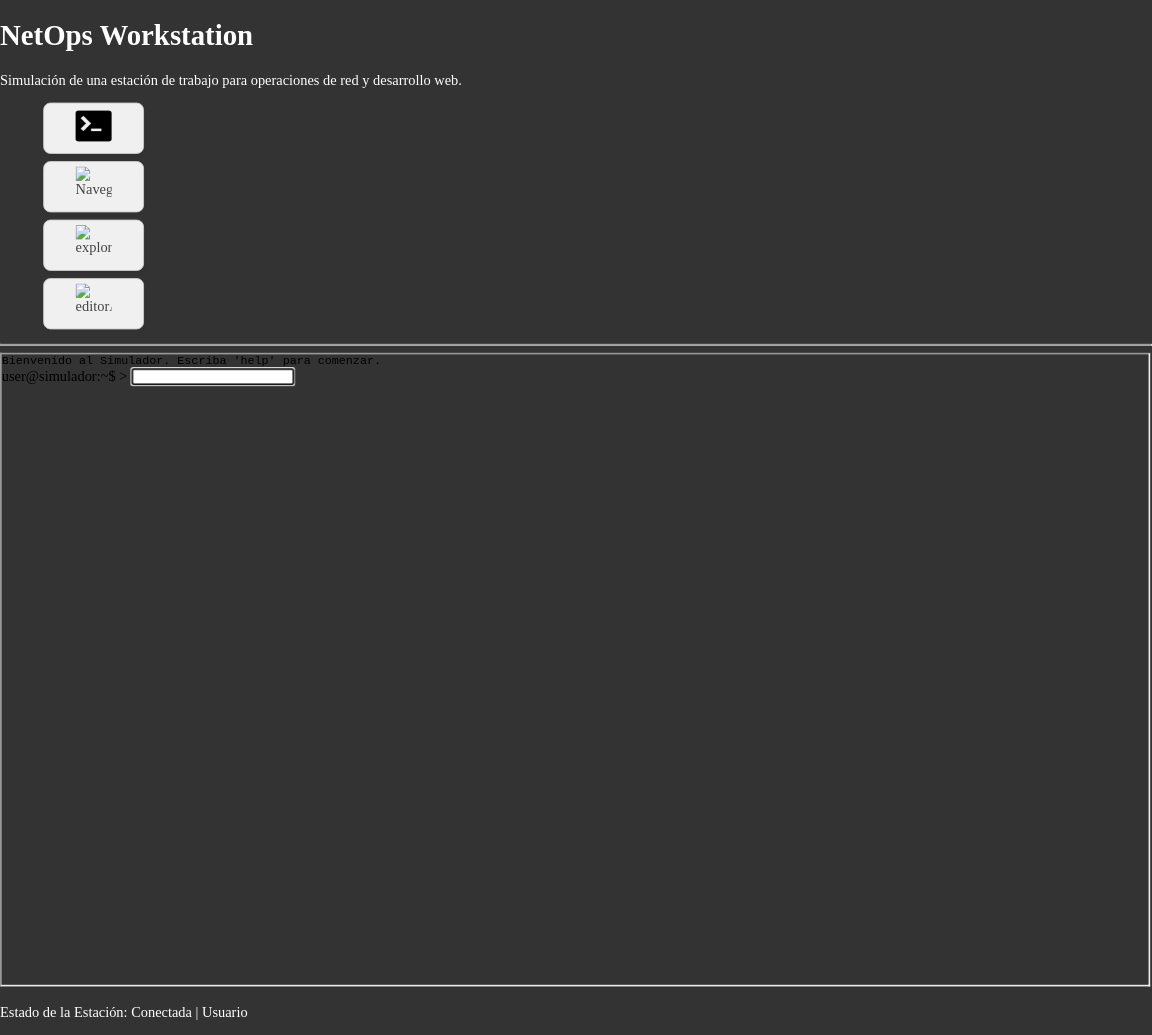
Repository: ValdezGalia/ProgramacionWebUcab
Page: lan-01.html
The author's editor kept a copy of each file at every save. The page is drawn from the files as they stood at one save, then again after the next save.
The browser window is 1280 px wide. The pictures show the whole page, at 90% of full size.

Above is the page before, as saved 2025-11-13 16:27:07.

### lan-01.html
<!DOCTYPE html>
<html lang="es">

<head>
    <meta charset="UTF-8">
    <meta name="viewport" content="width=device-width, initial-scale=1.0">
    <meta name="author" content="Orlando Valdez / Jenry Youssef / Oscar Torres">
    <link rel="stylesheet" href="/style/lan-01.css">
    <title>NetOps Workstation: Estación de Trabajo</title>
</head>

<body>

    <header>
        <h1>NetOps Workstation</h1>
        <p>Simulación de una estación de trabajo para operaciones de red y desarrollo web.</p>
    </header>

    <main id="workstation-container">

        <nav id="app-navigation" aria-label="Aplicaciones de la estación de trabajo">
            <ul id="app-list">
                <li><a href="#" data-tool="lineaComandos"><img src="assets/img/terminal.png" class="app-icon" alt="lineaComandos"></a></li>
                <li><a href="#" data-tool="navegador"><img src="" class="app-icon" alt="Navegador"></a></li>
                <li><a href="#" data-tool="exploradorArchivos"><img src="" class="app-icon" alt="exploradorArchivos"></a></li>
                <li><a href="#" data-tool="editorArchivo"><img src="" class="app-icon" alt="editorArchivo"></a></li>
            </ul>
        </nav>

        <hr>
        <!-- Contenedor de herramientas de forma dinamica y sostenible -->
        <section id="application-display">
            <iframe id="tool-iframe" src="pages/lineaComandos.html" sandbox="allow-scripts allow-same-origin"
                title="Aplicación interactiva" width="99.5%" height="700px"></iframe>
        </section>

    </main>

    <footer aria-label="Estado y Diagnóstico">
        <p>Estado de la Estación: Conectada | <span class="user">Usuario</span></p>
    </footer>

    <script>
        document.addEventListener('DOMContentLoaded', () => {
            const iframe = document.getElementById('tool-iframe');
            const navLinks = document.querySelectorAll('#app-list a');

            navLinks.forEach(link => {
                link.addEventListener('click', (event) => {
                    event.preventDefault();

                    const toolName = event.target.dataset.tool;
                    const newSrc = `pages/${toolName}.html`;

                    iframe.src = newSrc;

                    /*Esto aun no hace nada ya que aun no se implementa la logica que distige la clase active*/
                    navLinks.forEach(navLink => navLink.classList.remove('active'));
                    event.target.classList.add('active');
                });
            });
        });
    </script>

</body>

</html>

### style/lan-01.css
html, body{
    padding: 0;
    margin: 0;
    background-color: #333;
    color: white
}

nav ul li{
    list-style: none;
}

nav ul li a {
    display: flex;
    flex-direction: column;
    justify-content: center;
    align-items: center;

    /* Estilos visuales de App */
    text-decoration: none;
    color: #444444;
    background-color: #f0f0f0;
    padding: 5px;
    margin: 8px;
    border: 1px solid #cccccc;
    border-radius: 8px;
    box-shadow: 0 2px 4px rgba(0, 0, 0, 0.05);
    transition: all 0.2s ease;
    width: 100px;
    text-align: center;
}

/* Estilos para el Ícono (la imagen) */
nav ul li a .app-icon {
    width: 40px; /* Tamaño del icono */
    height: 40px;
    margin-bottom: 5px; /* Espacio entre el icono y la etiqueta de texto */
    /* Asegura que la imagen no tenga un borde o estilo propio que moleste */
    border: none;
}

/* Estilos para el Texto (la etiqueta) */
nav ul li a span {
    font-size: 0.85em; /* Fuente pequeña para la etiqueta */
    font-weight: 500;
    margin-top: 5px;
    color: #444444; /* Asegura el color del texto */
}

/* Interacción: Estado Hover (Al pasar el ratón) */
nav ul li a:hover {
    background-color: #e0e0e0; /* Un poco más oscuro al pasar el ratón */
    border-color: #a0a0a0;
    box-shadow: 0 4px 8px rgba(0, 0, 0, 0.1);
    transform: scale(1.02); /* Un ligero crecimiento para resaltar */
}

### pages/lineaComandos.html
<!DOCTYPE html>
<html lang="es">
<head>
    <meta charset="UTF-8">
    <meta name="viewport" content="width=device-width, initial-scale=1.0">
    <meta name="description" content="Un linea de comandos (CLI) basada en diseño de la de linux">
    <link rel="stylesheet" href="/style/commandline.css">
    <title>Linea de comandos</title>
</head>
<body>
    <div id="terminal-window">
        <pre id="terminal-output">Bienvenido al Simulador. Escriba 'help' para comenzar.</pre>

        <div id="command-line">
            <span id="prompt">user@simulador:~$ > </span>
            <input type="text" id="command-input" autofocus>
        </div>
    </div>
</body>
</html>

### style/commandline.css
* {
    margin: 0px;
    padding: 0px;
}

html, body{
    margin: 0;
    padding: 0;
    width: 100%;
    height: 100%;
    overflow: hidden;
    background-color: #333;
}

textarea{
    display: block;
    display: block;
    width: 100%;
    height: 100%;
    box-sizing: border-box;
    border: none;
    outline: none;
    resize: none;
    font-family: monospace;
    padding: 10px;
    background-color: #2036;
    color: white;
}

After the next save:
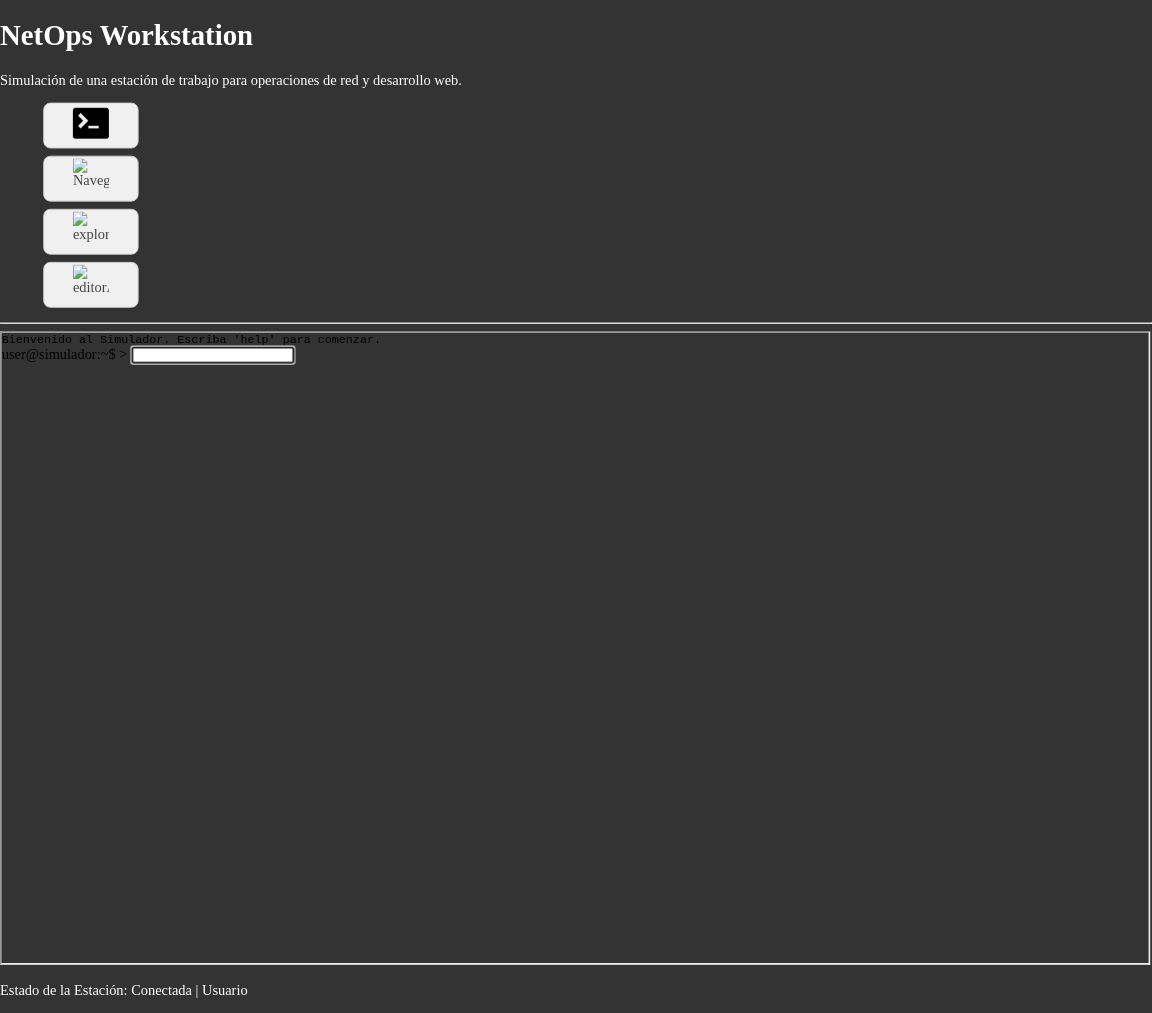
Saved 4 s later.
--- a/style/lan-01.css
+++ b/style/lan-01.css
@@ -19,7 +19,7 @@ nav ul li a {
     text-decoration: none;
     color: #444444;
     background-color: #f0f0f0;
-    padding: 5px;
+    padding: 2px;
     margin: 8px;
     border: 1px solid #cccccc;
     border-radius: 8px;
